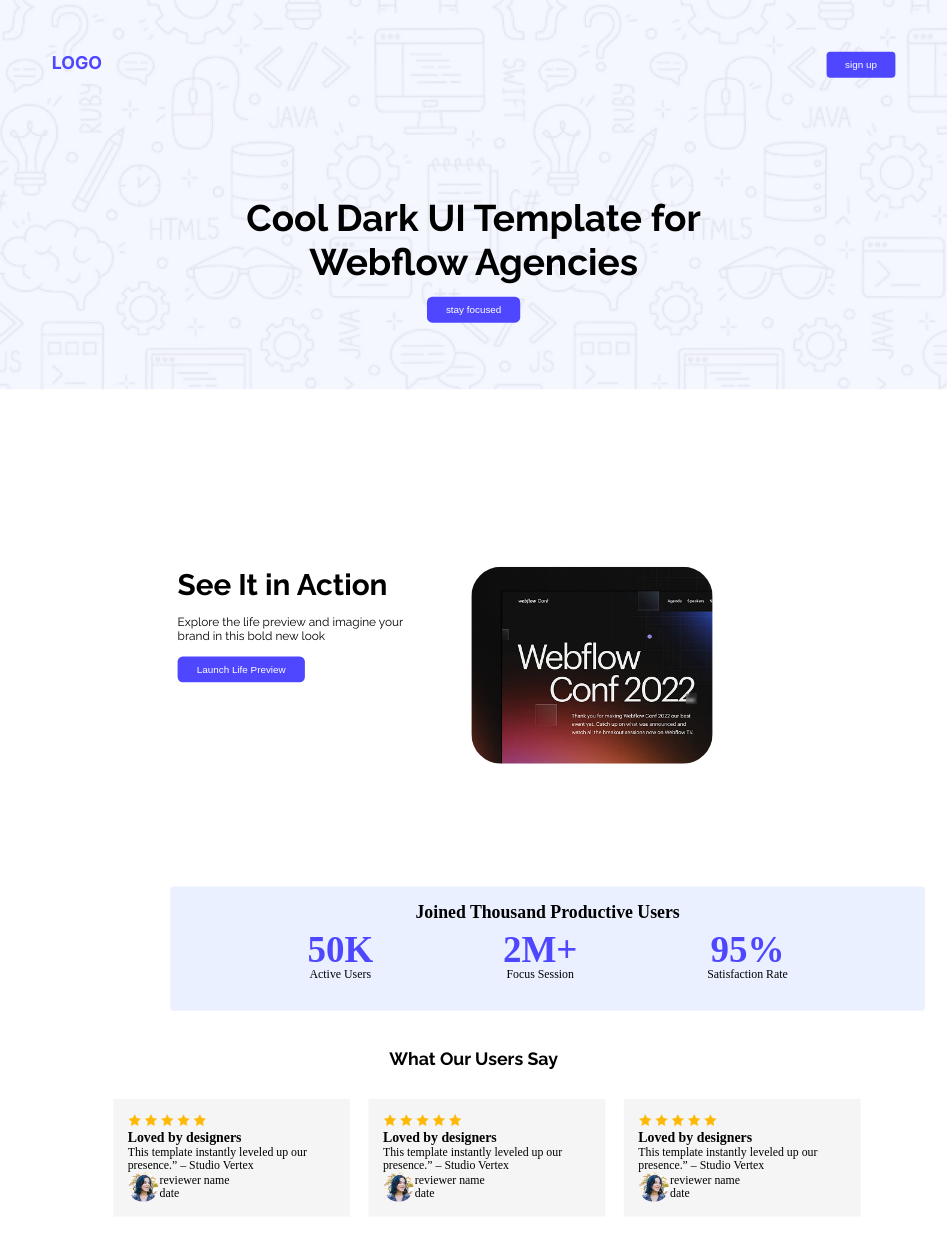
Repository: dollyrakhe22/landing-launchpad
Page: index.html
An editor plug-in stored every save of this project. The page is shown before and after the next save, followed by the edit.
The browser window is 1280 px wide. The pictures show the whole page, at 74% of full size.

Above is the page before, as saved 2025-07-11 04:53:15.

After the next save:
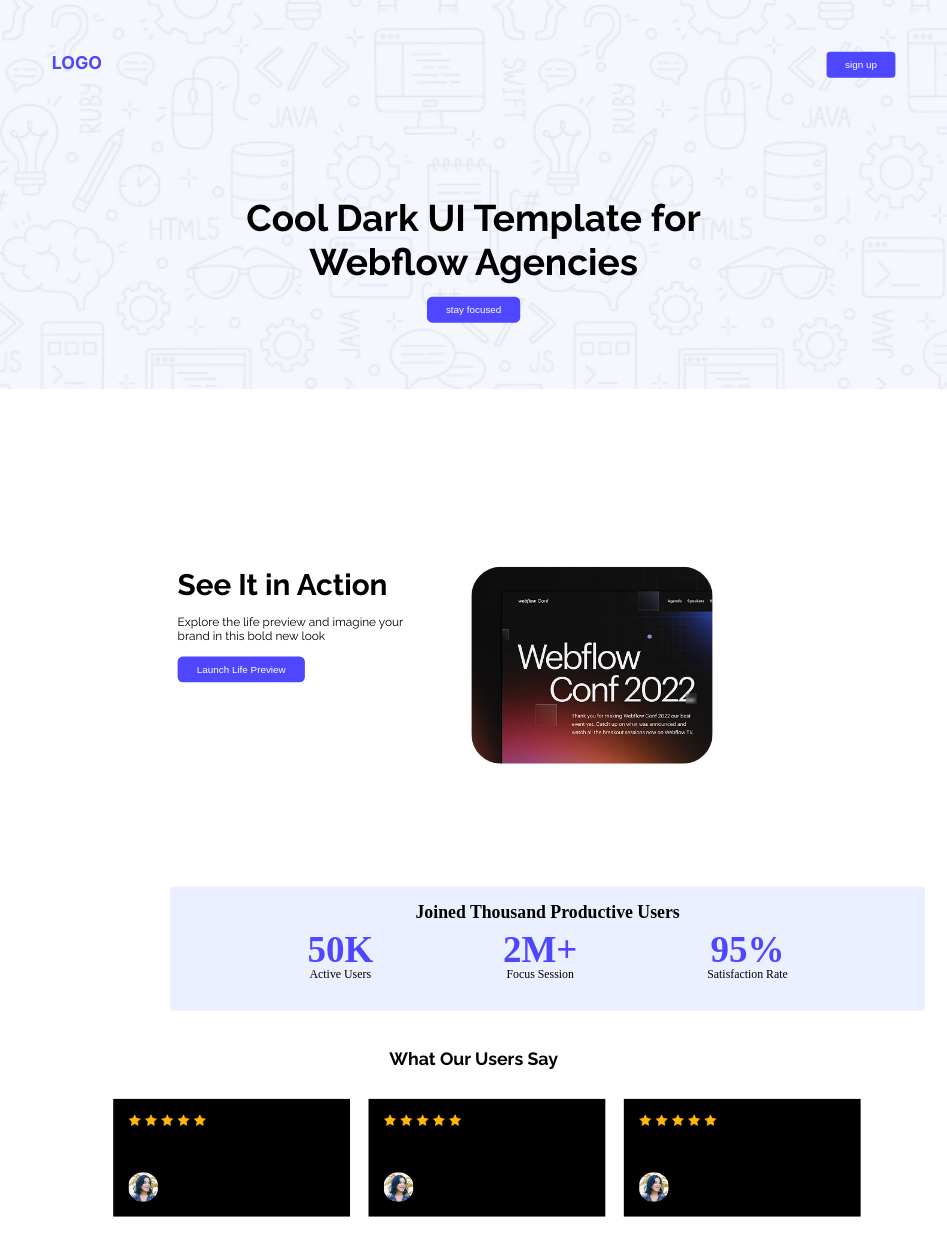
Saved 48 s later.
--- a/style.css
+++ b/style.css
@@ -118,7 +118,7 @@
     width:280px;
     padding: 20px;
     margin-right: 5px;
-    background-color:whitesmoke;
+    background-color:rgb(0, 0, 0);
 
    }
 .review-box{

After the save that followed:
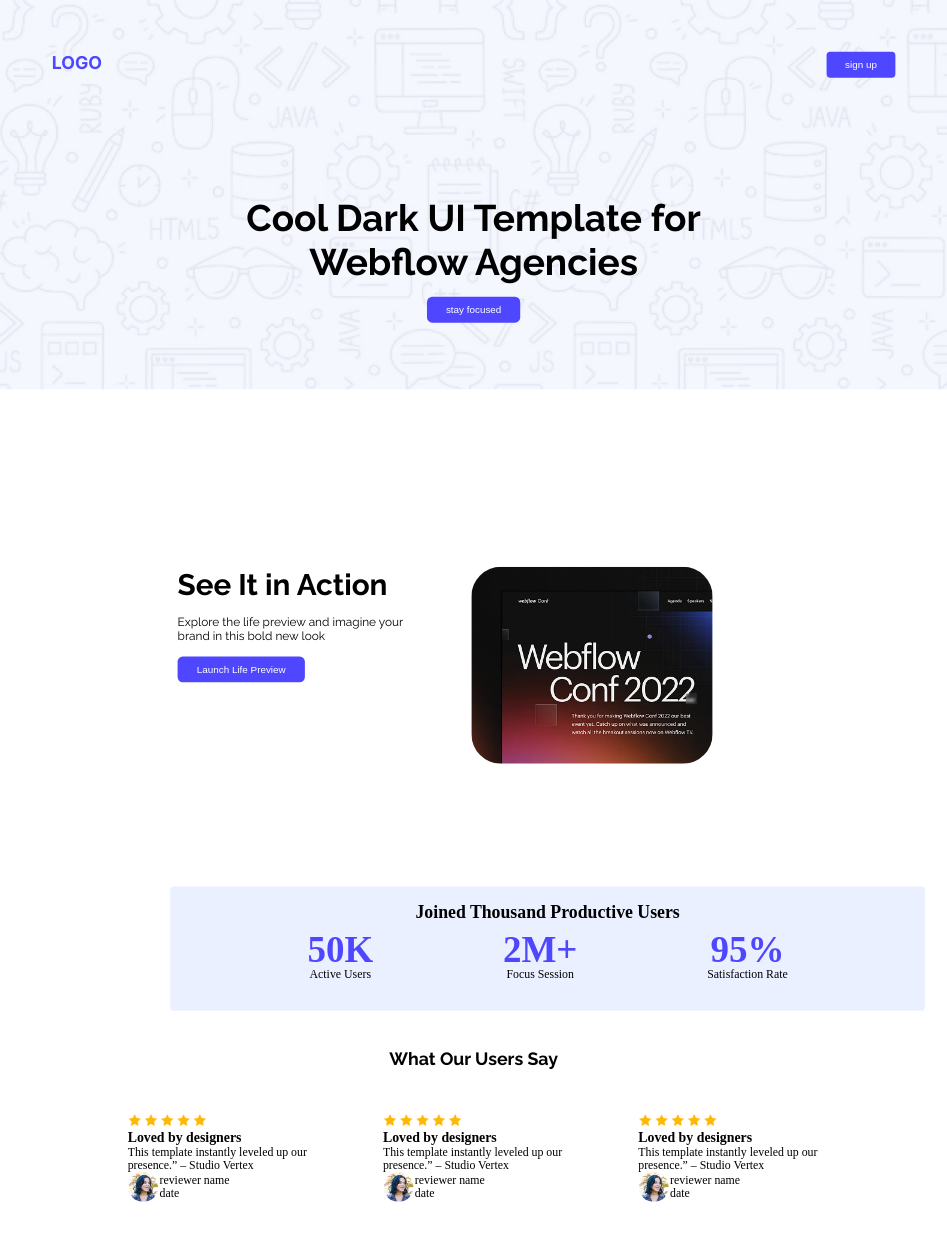
Saved 69 s later.
--- a/style.css
+++ b/style.css
@@ -118,7 +118,7 @@
     width:280px;
     padding: 20px;
     margin-right: 5px;
-    background-color:rgb(0, 0, 0);
+    background-color:#0000;
 
    }
 .review-box{
